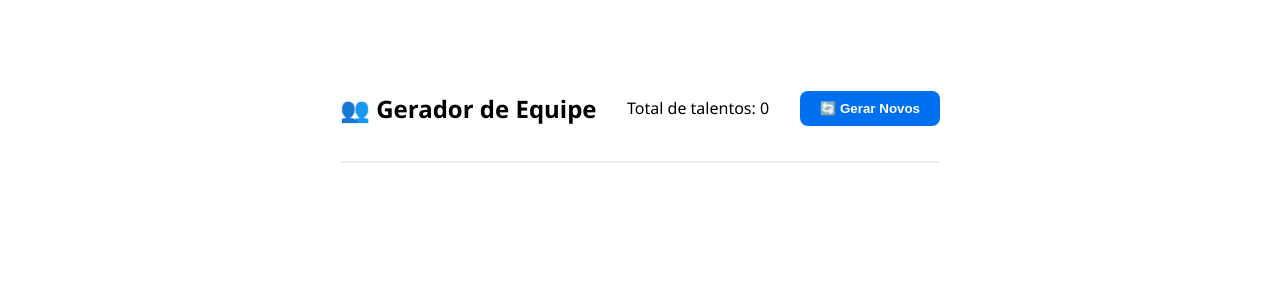
Repository: andrMiotto/Gerador-de-Equipe-Dinamico-React
Page: / (app in vite-project/)
The author's editor kept a copy of each file at every save. The page is drawn from the files as they stood at one save, then again after a run of saves.
The browser window is 1280 px wide. The pictures show the whole page.
The page's requests for data from a server got no answer. The project was rebuilt for these pictures with package versions that can differ from the ones it lists, and the page was loaded fresh each time. No one was signed in, and anything a server would have sent is missing. Also part of the build but not shown: vite-project/vite.config.js.

Above is the page before, as saved 2026-03-24 21:08:20.

After the next 5 saves:
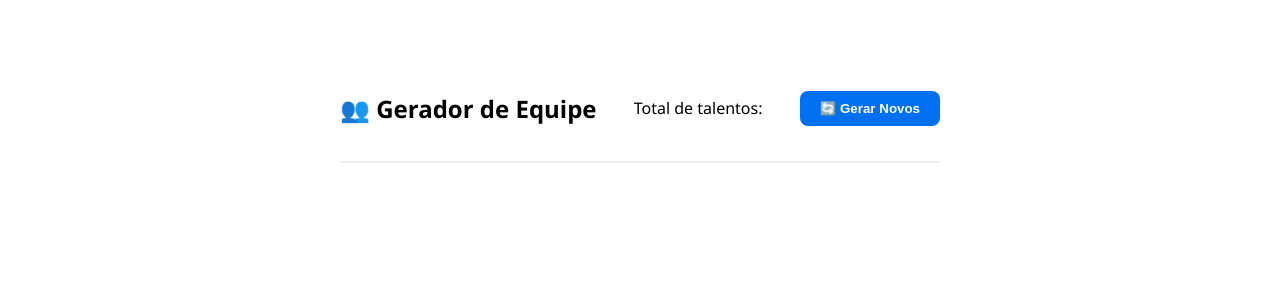
The 5 saves are shown as one change because 2 did not build or start and some came seconds apart.
The last was saved 5 min 0 s later.
--- a/vite-project/src/components/UserGenerator.jsx
+++ b/vite-project/src/components/UserGenerator.jsx
@@ -28,7 +28,7 @@
         <div className="user-container">
             <header className="user-header">
                 <h2>👥 Gerador de Equipe</h2>
-                <span>Total de talentos: {usuarios.length}</span>
+                <span>Total de talentos: {talentos.length}</span>
                                 <button
                     onClick={fetchUsers}
                     disabled={loading}

After the save that followed:
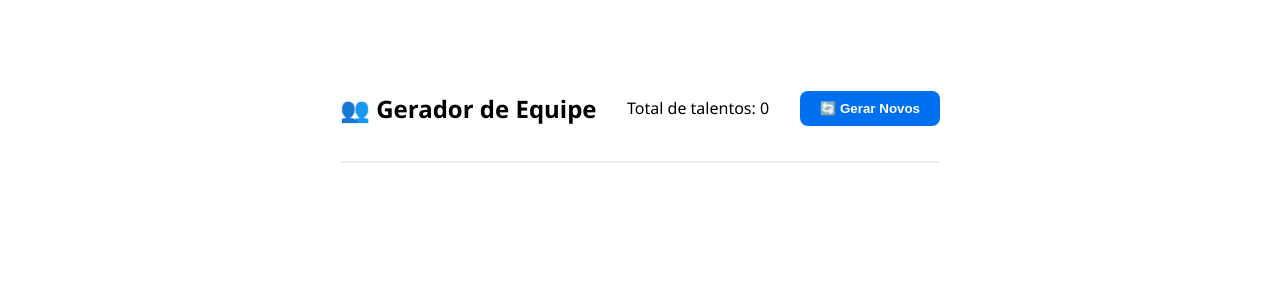
Saved 16 s later.
--- a/vite-project/src/components/UserGenerator.jsx
+++ b/vite-project/src/components/UserGenerator.jsx
@@ -28,7 +28,7 @@
         <div className="user-container">
             <header className="user-header">
                 <h2>👥 Gerador de Equipe</h2>
-                <span>Total de talentos: {talentos.length}</span>
+                <span>Total de talentos: {talentos}</span>
                                 <button
                     onClick={fetchUsers}
                     disabled={loading}
